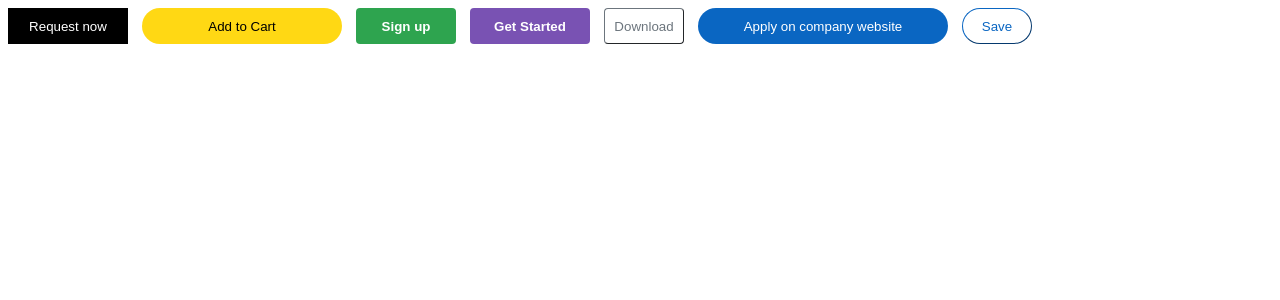
Repository: Kurumilli/Youtube
Page: Exercise2.html
These files come from the project's save history. The page is drawn as it stood at one moment and after the next save; the edit follows.
The browser window is 1280 px wide. The pictures show the whole page.

Above is the page before, as saved 2025-01-23 20:59:16.

After the next save:
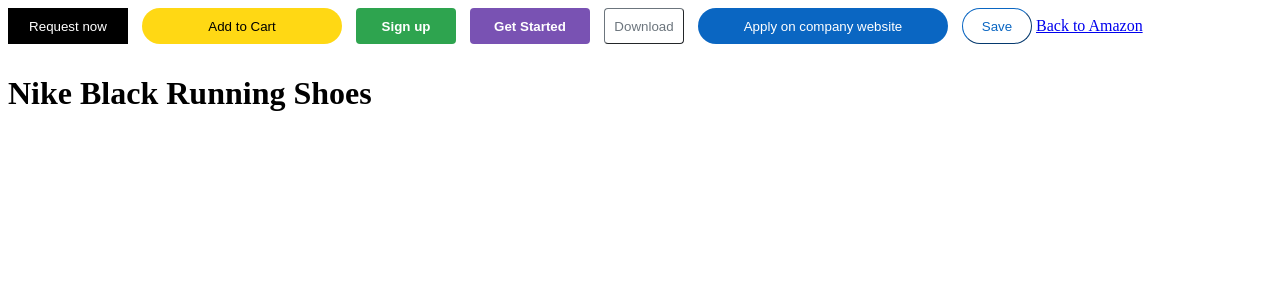
Saved 23 h 6 min later.
--- a/Exercise2.html
+++ b/Exercise2.html
@@ -110,5 +110,12 @@
             Save
         </button>
 
+        <a href="https://www.amazon.in/?&tag=googhydrabk1-21&ref=pd_sl_5szpgfto9i_e&adgrpid=155259813593&hvpone=&hvptwo=&hvadid=674893540034&hvpos=&hvnetw=g&hvrand=12349396605786975803&hvqmt=e&hvdev=c&hvdvcmdl=&hvlocint=&hvlocphy=9147615&hvtargid=kwd-64107830&hydadcr=14452_2316413&gad_source=1">
+            Back to Amazon
+        </a>
+
+        <h1>Nike Black Running Shoes</h1>
+
+
     </body>
 </html>
